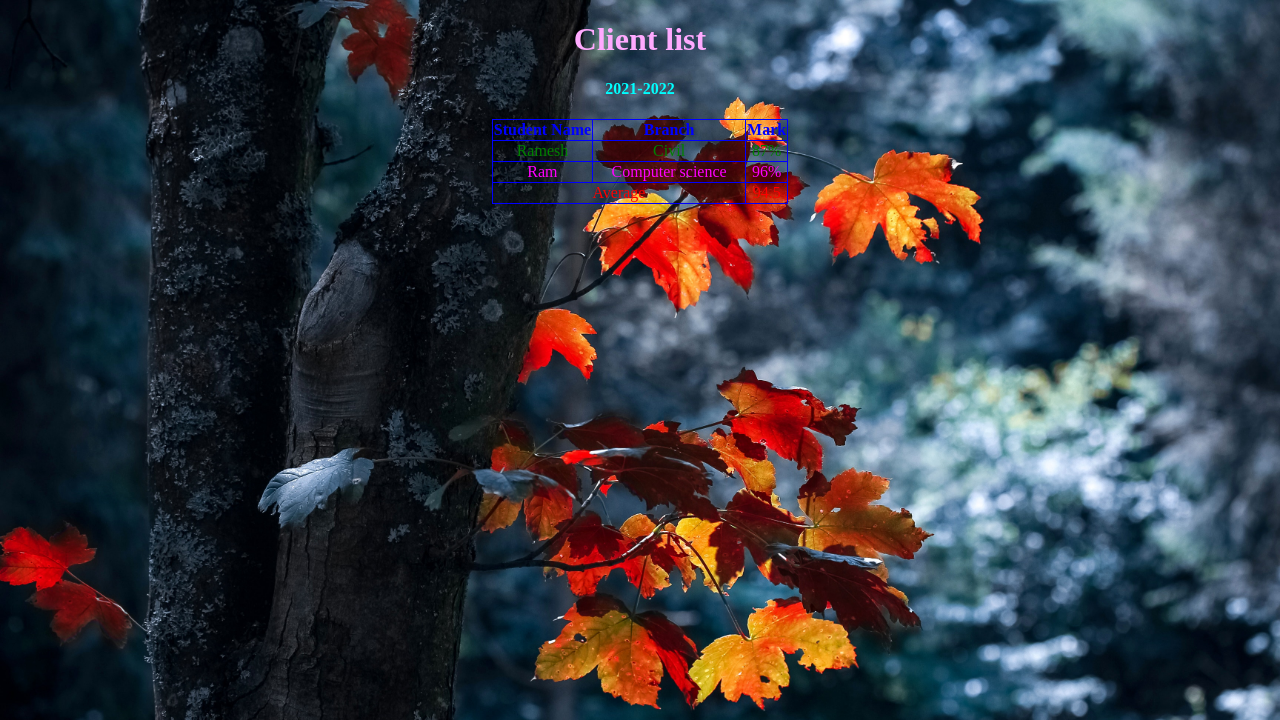
Repository: Balamurugan1914/crud_operation_without_db
Page: http://localhost/html_example/client.html
The author's editor kept a copy of each file at every save. The page is drawn from the files as they stood at one save, then again after the next save.
The browser window is 1280 px wide. The pictures show the whole page.
The page is served by Tomcat 9.

Above is the page before, as saved 2022-06-22 12:42:19.

After the next save:
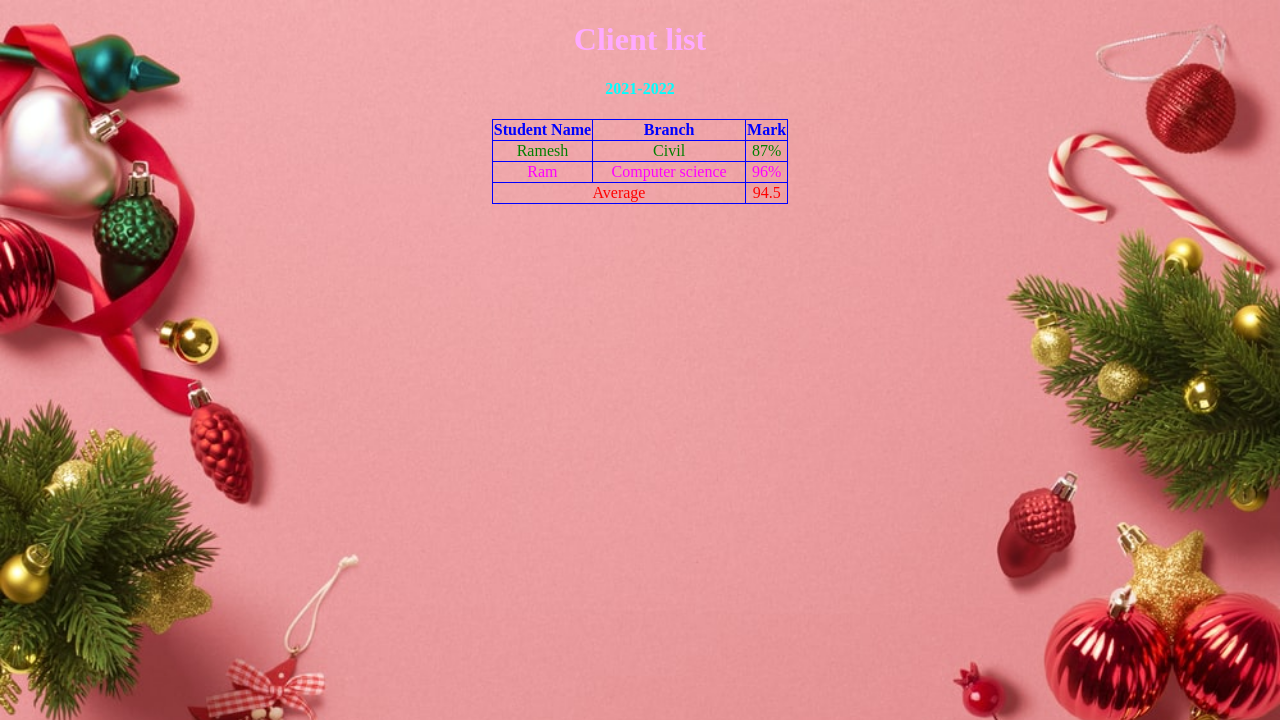
Saved 114 s later.
--- a/html_example/src/main/webapp/style/mycssfilestyle.css
+++ b/html_example/src/main/webapp/style/mycssfilestyle.css
@@ -49,7 +49,7 @@ h4{
 
 	.background{
 
-	background-image: url("../images/cover.jpg");
+	background-image: url("../images/cover2.jpeg");
 	background-repeat: no-repeat;
 	background-size: cover;
 
